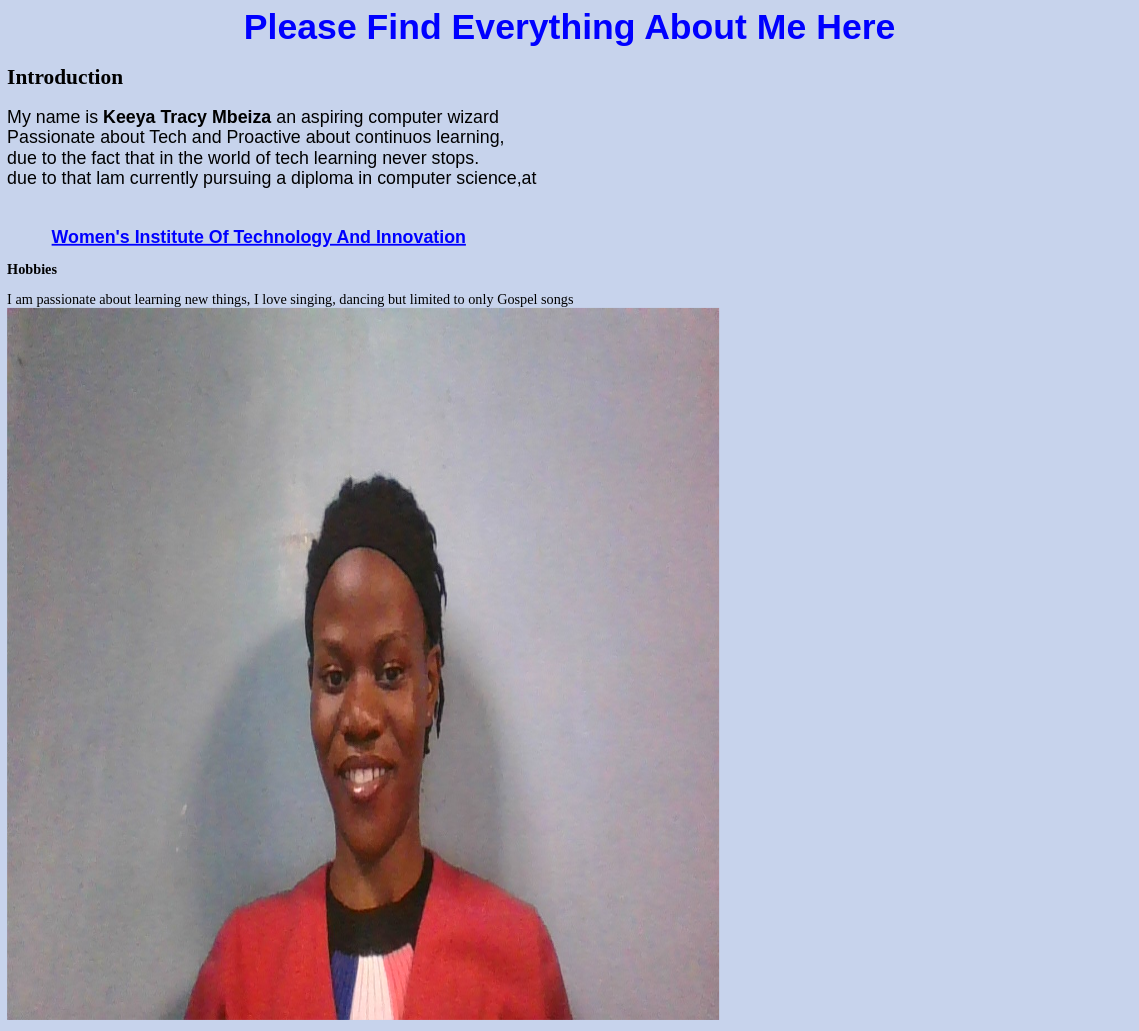
Repository: tracykeeya/my_first_web
Page: index.html
These files come from the project's save history. The page is drawn as it stood at one moment and after the next save; the edit follows.
The browser window is 1280 px wide. The pictures show the whole page, at 89% of full size.

Above is the page before, as saved 2025-11-03 11:14:43.

After the next save:
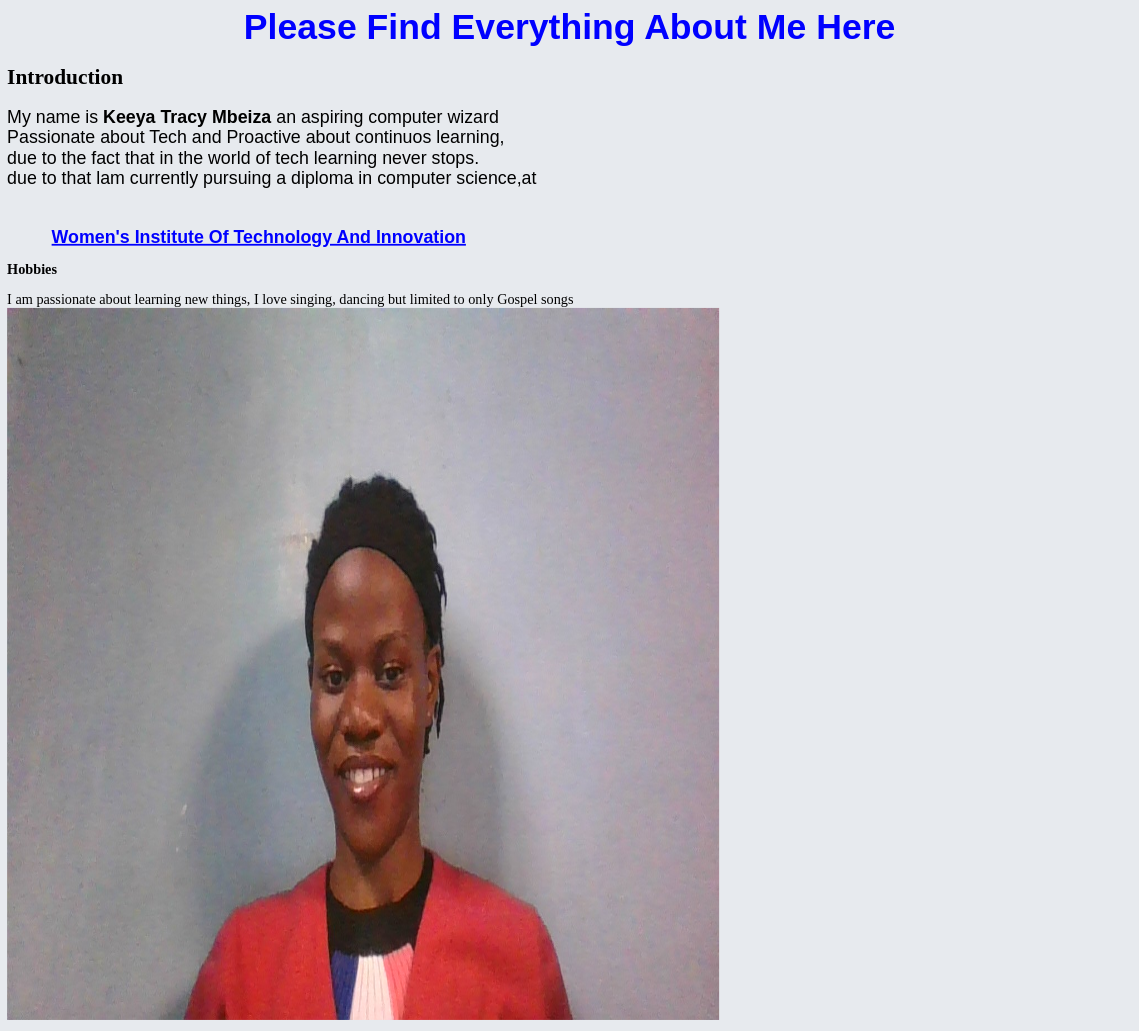
Saved 5 s later.
--- a/index.html
+++ b/index.html
@@ -5,7 +5,7 @@
     <meta name="viewport" content="width=device-width, initial-scale=1.0">
     <title>My First Web Page</title>
 </head>
-<body style="background-color: rgb(199, 211, 236)">
+<body style="background-color: rgb(231, 234, 238)">
     <h1 style="margin: 0 auto; text-align: center; color: blue; font-size: 40px; font-family: Arial, Helvetica, sans-serif;">Please Find Everything About Me Here</h1>
     <h2>Introduction</h2>
 
